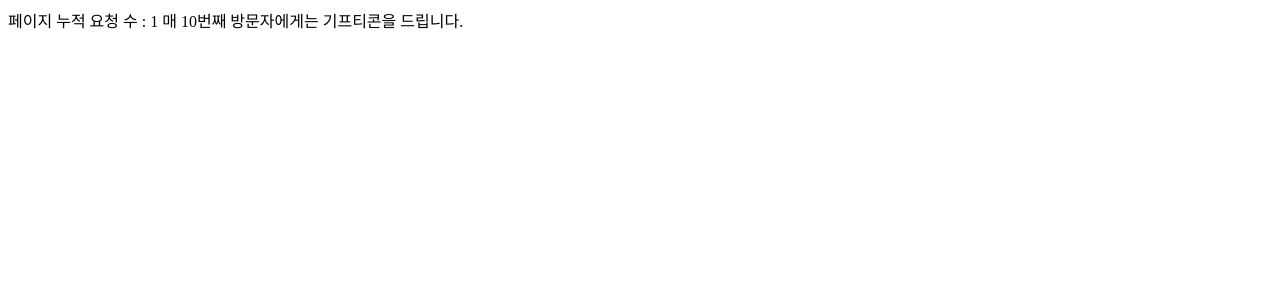
Repository: Andante8989/jsp_practice
Page: http://localhost/JSPBasic/jsptag/tag_quiz02.jsp
These files come from the project's save history. The page is drawn as it stood at one moment and after the next save; the edit follows.
The browser window is 1280 px wide. The pictures show the whole page.
The page is served by Tomcat 9.

Above is the page before, as saved 2022-03-23 09:41:29.

After the next save:
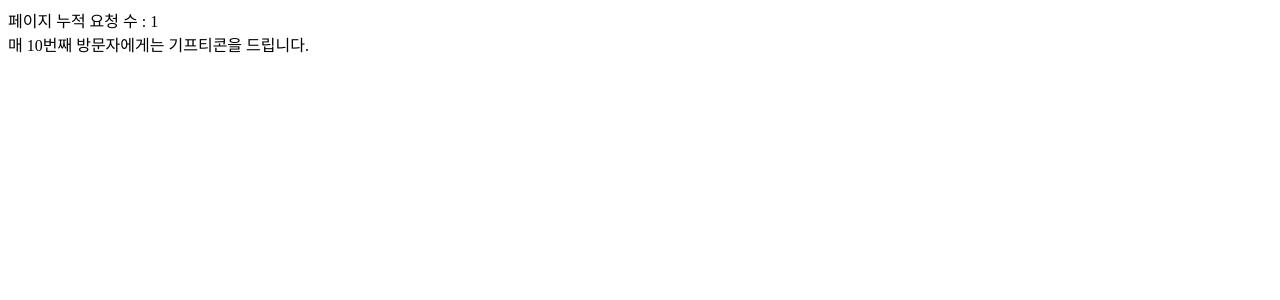
Saved 10 s later.
--- a/JSPBasic/src/main/webapp/jsptag/tag_quiz02.jsp
+++ b/JSPBasic/src/main/webapp/jsptag/tag_quiz02.jsp
@@ -13,7 +13,7 @@
 <%
  total++;
 %>
-페이지 누적 요청 수 : <%= total %>
+페이지 누적 요청 수 : <%= total %> <br/>
 매 10번째 방문자에게는 기프티콘을 드립니다.
 
 </body>
